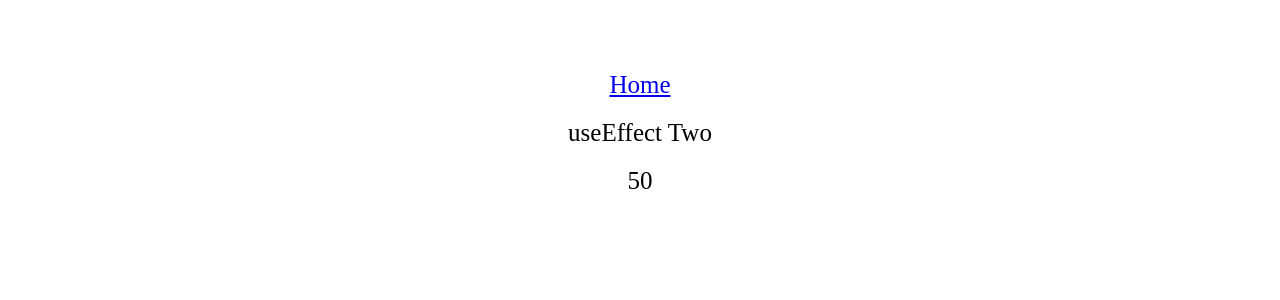
Repository: sierralaurent/Class08-UseEffect
Page: /useEffectTwo
An editor plug-in stored every save of this project. The page is shown before and after the next save, followed by the edit.
The browser window is 1280 px wide. The pictures show the whole page.
The project was rebuilt for these pictures with package versions that can differ from the ones it lists, and the page was loaded fresh each time. The framework's server and built-in components were replaced by stand-ins that run in the browser. Also part of the build but not shown: next.config.js.

Above is the page before, as saved 2023-02-20 17:33:33.

After the next save:
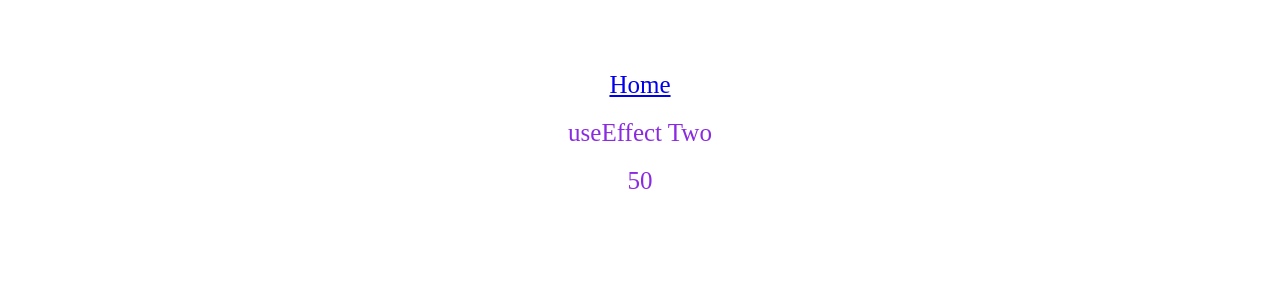
Saved 21 s later.
--- a/styles/UseEffectTwo.module.css
+++ b/styles/UseEffectTwo.module.css
@@ -7,3 +7,7 @@
     gap: 20px;
     font-size: 25px;
 }
+
+.title {
+    color: blueviolet;
+}
